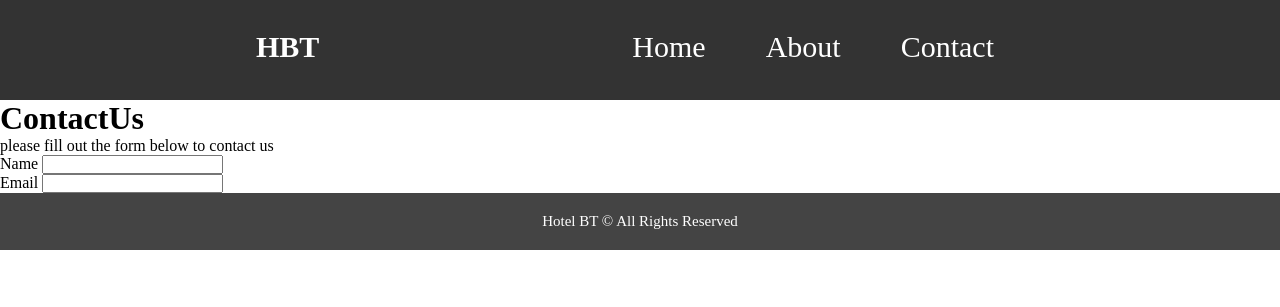
Repository: reemoon-ctrl/hotel-website
Page: 35 - hotel-website/contact.html
An editor plug-in stored every save of this project. The page is shown before and after the next save, followed by the edit.
The browser window is 1280 px wide. The pictures show the whole page.

Above is the page before, as saved 2024-07-22 09:23:01.

After the next save:
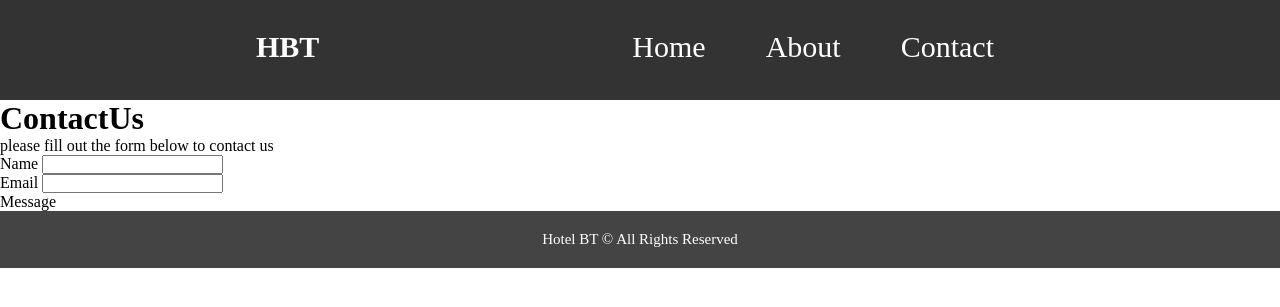
Saved 8 s later.
--- a/35 - hotel-website/contact.html
+++ b/35 - hotel-website/contact.html
@@ -33,7 +33,7 @@
                     <input type="text">
                 </div>
                 <div>
-                    <label for="Message"></label>
+                    <label for="Message">Message</label>
 
                 </div>
             </form>
